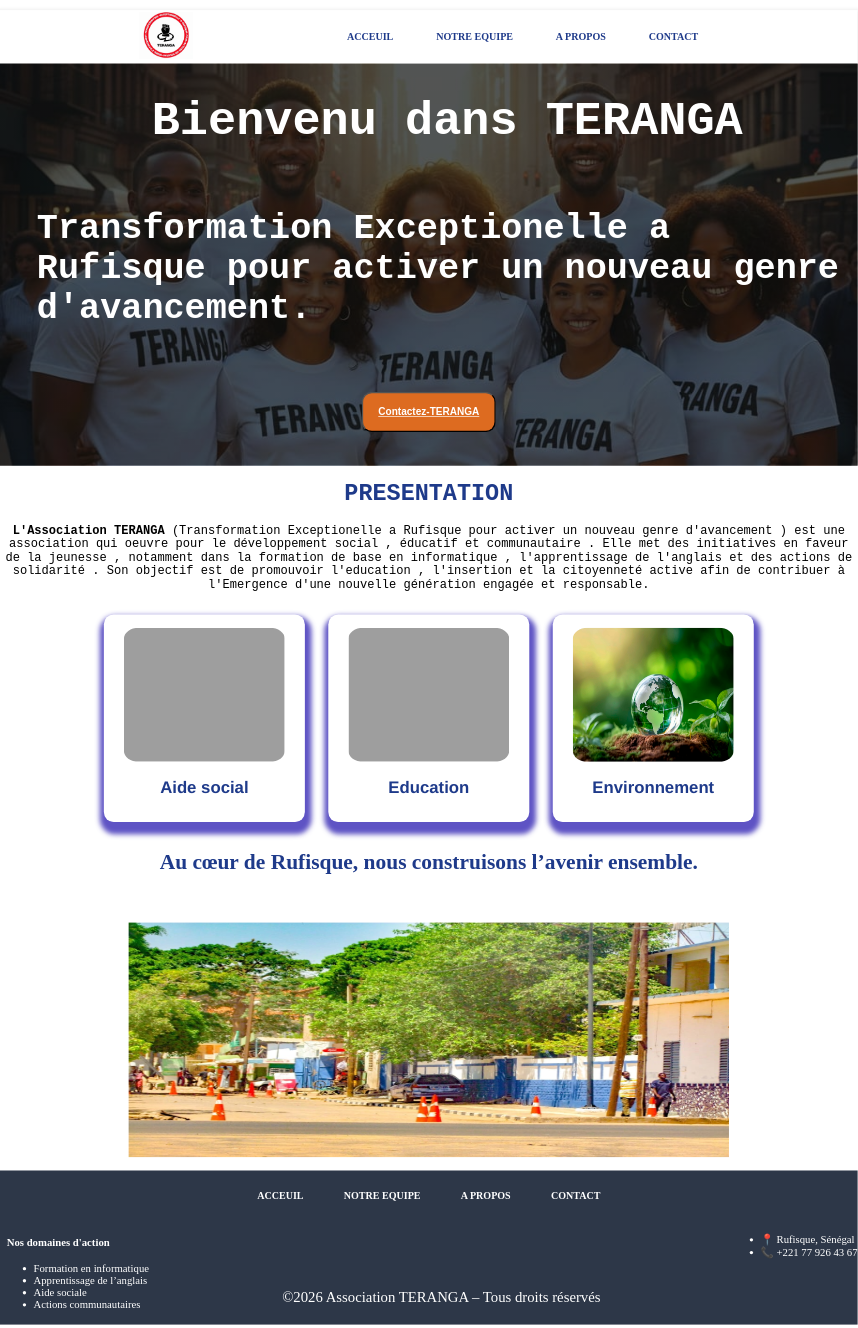
Repository: assanendao171/projet-teranga
Page: acceuil.html
The author's editor kept a copy of each file at every save. The page is drawn from the files as they stood at one save, then again after the next save.
The browser window is 1280 px wide. The pictures show the whole page, at 67% of full size.
Pictures or frames that could not be fetched are drawn as grey boxes.

Above is the page before, as saved 2026-02-12 11:14:07.

### acceuil.html
<!doctype html>
<html lang="en">
  <head>
    <meta charset="UTF-8" />
    <meta name="viewport" content="width=device-width, initial-scale=1.0" />
    <title>Document</title>
    <link rel="stylesheet" href="acceuil.css" />
  </head>
  <body>
    <!-- l'entete -->
    <header>
      <!-- logo -->
       <div class="contain-logo">
      <img src="image/logo.jpeg" alt="" class="logo" />
      </div>
      <div class="btn-nav">
        <nav>
          <a href="acceuil.html" target="_blank">ACCEUIL</a>
          <a href="equipe.html" target="_blank">NOTRE EQUIPE</a>
          <a href="propos.html" target="_blank">A PROPOS</a>
          <a href="contact.html" target="_blank">CONTACT</a>

        </nav>
      </div>
    </header>
    <!-- le hero -->
    <div class="hero">
      <div class="texte-accrosse">
        <h1>Bienvenu dans TERANGA</h1>
        <h2>
          Transformation Exceptionelle a Rufisque pour activer un nouveau genre
          d'avancement.
        </h2>
      </div>
      <!-- btn-hero -->
      <div class="btn">
        <button class="btn-hero">
          <a href="contact.html" target="_blank">Contactez-TERANGA</a>
        </button>
      </div>
    </div>
    <!-- le corps -->
    <main>
      <h1 id="h-presentation">PRESENTATION</h1>
      <p id="p-presentation">
        <strong>L'Association TERANGA </strong> (Transformation Exceptionelle a
        Rufisque pour activer un nouveau genre d'avancement ) est une
        association qui oeuvre pour le développement social , éducatif et
        communautaire . Elle met des initiatives en faveur de la jeunesse ,
        notamment dans la formation de base en informatique , l'apprentissage de
        l'anglais et des actions de solidarité . Son objectif est de promouvoir
        l'education , l'insertion et la citoyenneté active afin de contribuer à
        l'Emergence d'une nouvelle génération engagée et responsable.
      </p>
      <div class="contain-image">
        <div class="image1">
          <img
            src="image/aidesocial.jpg"
            alt="aide social"
            class="image-aide" />
          <span id="texte-aide-social">Aide social</span>
        </div>
        <!-- ____________________ -->
        <div class="image1">
          <img src="image/education.jpg" alt="education" class="image-aide" />
          <span id="texte-aide-social">Education</span>
        </div>
        <!-- ___________________________________ -->
        <div class="image1">
          <img
            src="image/environnement.jpg"
            alt="environnement"
            class="image-aide" />
          <span id="texte-aide-social">Environnement</span>
        </div>
      </div>
      <div id="titre-finale">
        <h1>Au cœur de Rufisque, nous construisons l’avenir ensemble.</h1>
      </div>
      <div id="lastphoto">
        <img
          src="image/lastphoto.jpeg"
          alt="image rufisque"
          class="lastphoto" />
      </div>
    </main>
    <!-- le pieds -->
    <footer>
      <nav class="btn-footer">
        <a href="acceuil.html" target="_blank">ACCEUIL</a>
        <a href="equipe.html" target="_blank">NOTRE EQUIPE</a>
        <a href="propos.html" target="_blank">A PROPOS</a>
        <a href="contact.html" target="_blank">CONTACT</a>

      </nav>
      <div class="contain-footer">
        <div class="liste-footer">
          <h4>Nos domaines d'action</h4>
          <ul>
            <li>Formation en informatique</li>
            <li>Apprentissage de l’anglais</li>
            <li>Aide sociale</li>
            <li>Actions communautaires</li>
          </ul>
        </div>
        <div class="copyright">
          <p>&copy;2026 Association TERANGA – Tous droits réservés</p>
        </div>
        <div class="contact">
          <ul>
            <li>📍 Rufisque, Sénégal</li>
            <li>📞 +221 77 926 43 67</li>
          </ul>
        </div>
      </div>
    </footer>
  </body>
</html>

### acceuil.css
body{
    margin: 15px 0 5px 0;
}
header{
width: 100%;
height: 80px;
background-color: #FFFFFF;
box-shadow: 2px 6px 6px 6px rgba(0, 0, 0, 0.1);
display: flex;
align-items: center;
justify-content: center;
gap: 200px;
}
nav a{
    margin: 30px;
    color: #1E3A8A;
    text-decoration: none;
    font-size: 15px;
    font-weight:900;
}
nav a:hover{
    text-decoration: underline;
}
.logo{
    width: 80px;
left: 10px;
}
.hero{
  width:100%;
  height:600px ;
  background-image:
    linear-gradient(rgba(0, 0, 0, 0.6), rgba(0, 0, 0, 0.6)),
    url("image/background.jpeg");
  background-size: cover;
  background-position: top;
  background-repeat: no-repeat;
}
.texte-accrosse{
display: flex;
flex-direction: column;
justify-content: center;
align-items: center;
color: rgb(255, 255, 255);
font-size: 35px;
font-family: 'Courier New', Courier, monospace;
margin-left: 55px;
}
.btn-hero{
width: 200px;
height: 60px;
border-radius: 15px;
background-color: #DD6B20;
font-size: 15px;
font-weight: 600;
color: #FFFFFF;

}
.btn-hero a{
color: #FFFFFF;
}
.btn{
    padding: 50px;
    display: flex;
    flex-direction: column;
    justify-content: center;
    align-items: center;
}
#h-presentation{
        color: #1E3A8A;

    text-align: center;
    font-size: 35px;
font-family: 'Courier New', Courier, monospace;
}
#p-presentation{
    text-align: center;
    font-size: 18px;
font-family: 'Courier New', Courier, monospace;
margin: 5px ;
}
.contain-image{
    padding-top: 30px;
    display: flex;
    gap: 35px;
    text-align: center;
    justify-content: center;
    align-items: center;
}
.image1{
    width: 300px;
    height: 310px;
    text-align: center;
    background-color: rgb(255, 255, 255);
    border-radius: 15px;
    box-shadow: 2px 10px 8px 8px rgba(49, 34, 180, 0.781);
    color: #1E3A8A;

}
.image-aide{
        width: 240px;
    height: 200px;
    padding: 20px;
    border-radius: 15%;
}
.image-aide:hover{
    transition: 0.5s;
    transform: scale(1.1);
}
#texte-aide-social{
        font-size: 25px;
        font-weight:bold;
font-family:'Franklin Gothic Medium', 'Arial Narrow', Arial, sans-serif
}
.lastphoto{
    padding-top: 50px;
    width: 70%;
    height: 350px;
}
#lastphoto{
    display: flex;
    flex-direction: column;
    justify-content: center;
    align-items: center;
}
#titre-finale{
    display: flex;
        flex-direction: column;
    justify-content: center;
    align-items: center;
    padding-top: 20px;
    color: #1E3A8A;
}
footer{
    background-color: #2D3748;
    width: 100%;
    height: 230px;
    margin-top: 20px;
}
.btn-footer{
    display: flex;
    flex-direction: row;
    justify-content: center;

}
.btn-footer a{
    padding: px;
    color: #FFFFFF;
    margin: 10x;
    font-size: 15px;
}
.liste-footer{
    margin-left: 10px;
        color: #FFFFFF;

}
.contact{
    display: flex;
    flex-direction: row;
    justify-content: flex-end;
    color: #FFFFFF;
}
.contain-footer{
    display: flex;
    flex-direction: row;
    justify-content: space-between;
}
.copyright{
        color: #FFFFFF;
    font-size: 22px;
    display: flex;
    flex-direction: column;
    justify-content: flex-end;
}

After the next save:
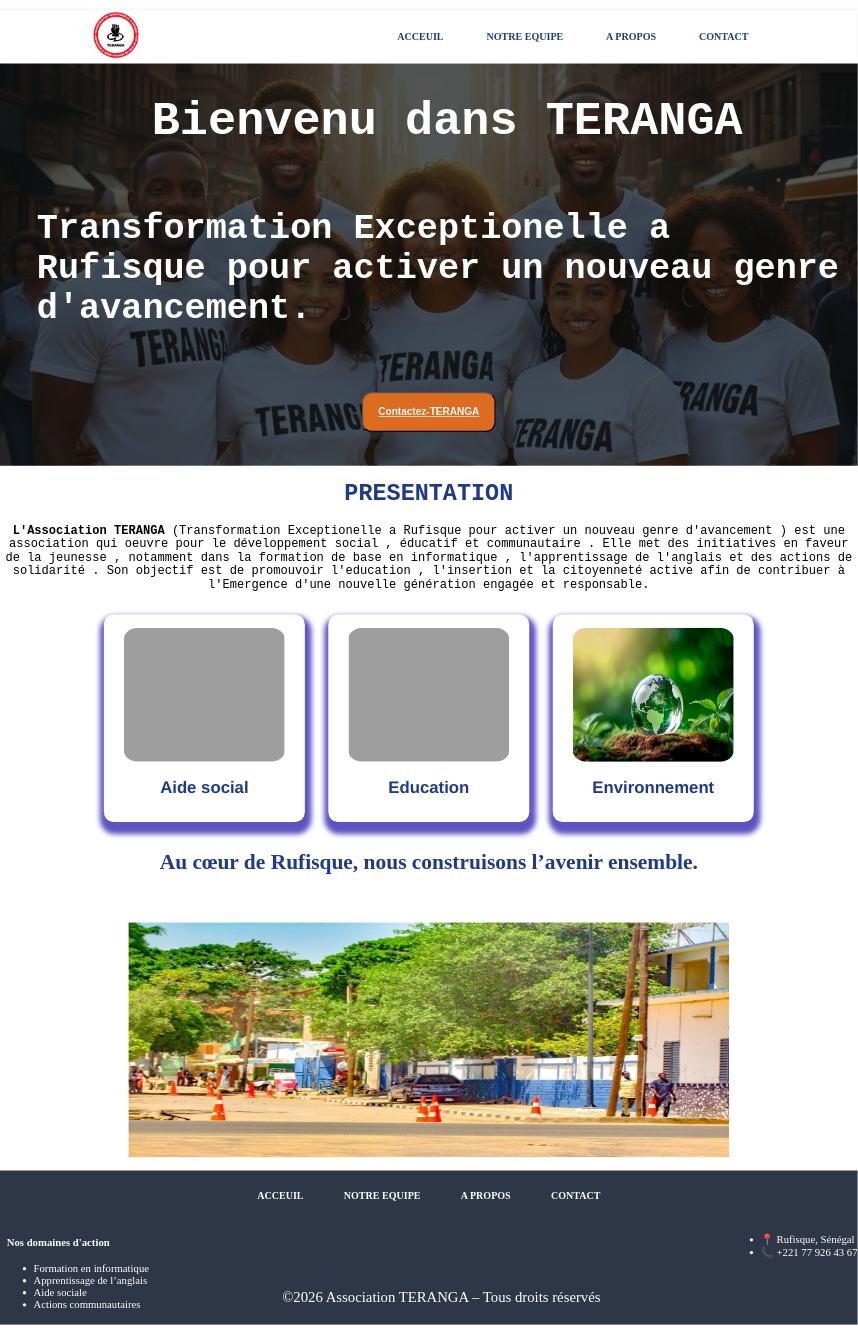
Saved 14 s later.
--- a/acceuil.css
+++ b/acceuil.css
@@ -9,7 +9,7 @@ box-shadow: 2px 6px 6px 6px rgba(0, 0, 0, 0.1);
 display: flex;
 align-items: center;
 justify-content: center;
-gap: 200px;
+gap: 350px;
 }
 nav a{
     margin: 30px;
